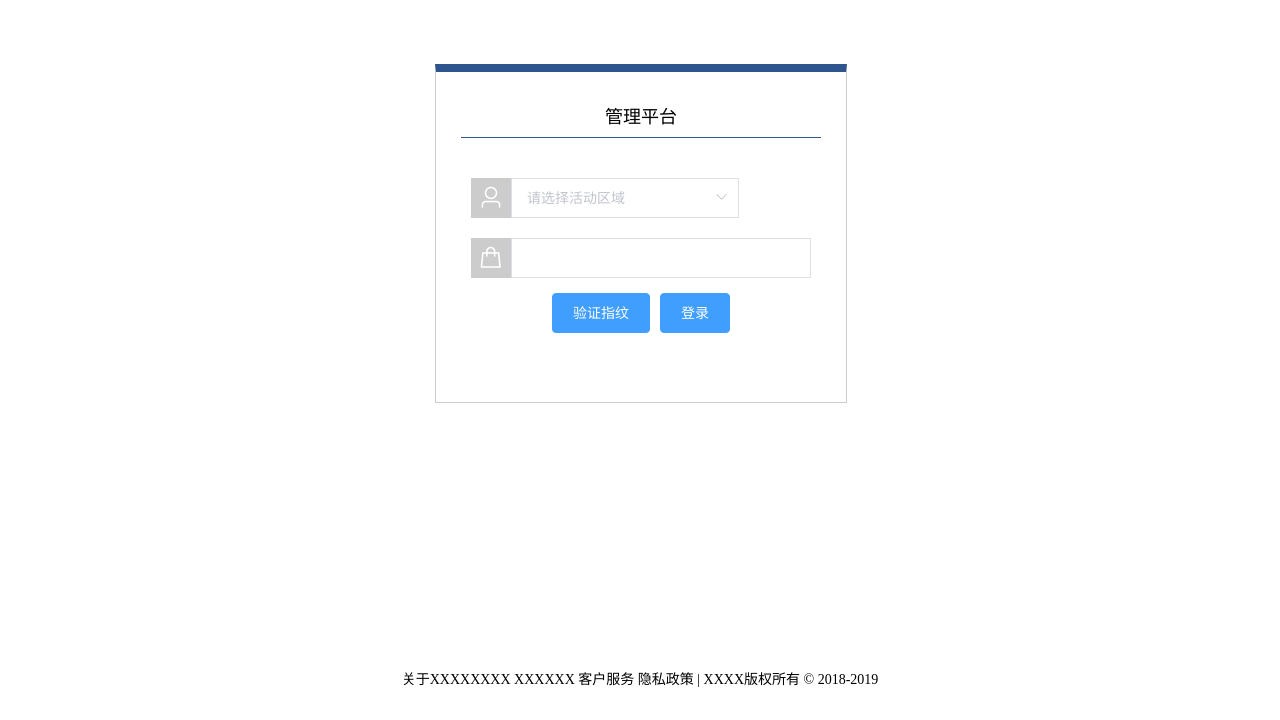
Repository: lff528/man_system
Page: /
These files come from the project's save history. The page is drawn as it stood at one moment and after the next save; the edit follows.
The browser window is 1280 px wide. The pictures show the whole page.
The project was rebuilt for these pictures with package versions that can differ from the ones it lists, and the page was loaded fresh each time.

Above is the page before, as saved 2020-01-03 13:40:00.

### index.html
<!DOCTYPE html>
<html>
  <head>
    <meta charset="utf-8">
    <meta name="viewport" content="width=device-width,initial-scale=1.0">
    <title>emcsWebUI</title>
  </head>
  <body>
    <div id="app"></div>
    <!-- built files will be auto injected -->
  </body>
</html>

### src/main.js
// The Vue build version to load with the `import` command
// (runtime-only or standalone) has been set in webpack.base.conf with an alias.
import Vue from 'vue'
import App from './App'
import router from './router'
import ElementUI from 'element-ui';
import 'element-ui/lib/theme-chalk/index.css';
import "./assets/css/reset.css";
// import "./assets/css/iconfont.css"
Vue.use(ElementUI);
Vue.config.productionTip = false

/* eslint-disable no-new */
new Vue({
  el: '#app',
  router,
  components: { App },
  template: '<App/>'
})

### src/router/index.js
import Vue from 'vue'
import Router from 'vue-router'
import login from '@/components/login'
import routers from "../until/router"


Vue.use(Router)

let routerAll = {
  routes: [
    {
      path: '/',
      name: 'login',
      component: login
    },
    {
      path: '/main',
      name: 'main',
      component: resolve => require(['@/view/main'], resolve),
      children:[{
        path: '/',
        name: 'shouye',
        component: resolve => require(['@/view/main/shouye'], resolve),
      },
      {
        path: '/quanzhanzonglan',
        name: 'quanzhanzonglan',
        component: resolve => require(['@/view/footerNav/quanzhanzonglan'], resolve),
      },
      {
        path: '/quanzhanbaowen',
        name: 'quanzhanbaowen',
        component: resolve => require(['@/view/footerNav/quanzhanbaowen'], resolve),
      },
      {
        path: '/yuexianxinxi',
        name: 'yuexianxinxi',
        component: resolve => require(['@/view/footerNav/yuexianxinxi'], resolve),
      },
      {
        path: '/yichangshebei',
        name: 'yichangshebei',
        component: resolve => require(['@/view/footerNav/yichangshebei'], resolve),
      },
    ]
    }
  ]
}
routers.forEach((item=>{
  if(item.children){


  item.children.forEach((itemA)=>{
    routerAll.routes[1].children.push({
      path: itemA.path,
      name: itemA.name,
      component: itemA.component,
    })
  })
}
}))

// console.log(routerAll.routes[1].children)
const router = new Router(routerAll)


export default router

### src/assets/css/reset.css
html{
	color:#000;
	background:#FFF;
}
body, div, dl, dt, dd, ul, ol, li,h1, h2, h3, h4, h5, h6, pre, code,form, fieldset, legend, input, button,textarea, p, blockquote, th, td {
	margin: 0;
	padding: 0;
	font-size: 14px;
}
html,body{
	height: 100%;
	background-color: #0b2b4a;
}
fieldset, img{
	border:0;
}
input,select,textarea{
	outline:none;
}
textarea{
	resize:none;
}
a{
	text-decoration:none;
}
table {
	border-collapse:collapse;
	border-spacing:0;
}
address,
caption,
cite,
code,
dfn,
em,
strong,
th,
var {
	font-style:normal;
	font-weight:normal;
}

ol,
ul {
	list-style:none;
}
/*版心*/
.w {
	width: 1170px;
	margin: 0 auto;
}

/* 万能清除浮动*/
.clearfix{
	zoom:1;
}
.clearfix:after{
    content: '';
    display:block;
    clear:both;
}

.left {
	float: left;
}

.right {
	float: right;
}

### src/components/login/index.vue
<template>
  <div class="login">
     <div class="login_header" :style="{height:curHeight+'px'}">
       <div class="main">
           <p class="main_title">管理平台</p>
          <div class="from_box">
              <p class="user_p">
                <span class="el-icon-user"></span>
                <el-select v-model="form.name" placeholder="请选择活动区域">
                  <el-option label="区域一" value="shanghai"></el-option>
                  <el-option label="区域二" value="beijing"></el-option>
                </el-select>
              </p>
              <p class="user_p">
                <span class="el-icon-goods" style="width:45px"></span>
                <el-input v-model="form.password"></el-input>
              </p>
              <p>
                 <el-button type="primary"  @click="onSubmit">验证指纹</el-button>
                  <el-button type="primary" @click="onSubmit">登录</el-button>
              </p>
          </div>
       </div>

     </div>
     <p class="login_footer">关于XXXXXXXX XXXXXX 客户服务 隐私政策 | XXXX版权所有 © 2018-2019</p>
  </div>
</template>

<script>
export default {
  name: 'login',
  data () {
    return {
      curHeight:'',
      form:{
        name:'',
        password:''
      }
    }
  },
  methods:{
    onSubmit(){
      this.$router.push('/main');

    }
  },
  beforeMount(height) {
      var h = document.documentElement.clientHeight || document.body.clientHeight;
      this.curHeight =h - 80; //减去页面上固定高度height
  },
}
</script>

<!-- Add "scoped" attribute to limit CSS to this component only -->
<style >
 .login .el-input__inner{
    border-radius: 0;
  }

</style>
<style scoped lang="less">

  .login{
      .login_header{
        background: white;
        .main{
          width: 360px;
          height: 280px;
          border: 1px solid #ccc;
          position: relative;
          left: 50%;
          margin-left: -205px;
          top: 10%;
          padding: 25px;
          background: white;
          border-top: 8px solid #2e558e;
          .main_title{
            height: 40px;
            text-align: center;
            line-height: 40px;
            border-bottom: 1px solid #2e558e;
            font-size: 18px;
            font-family: "\5FAE\8F6F\96C5\9ED1"
          }
          .from_box{
            p{
              margin-top: 20px;
              display: flex;
              span:first-child{
                display: inline-block;
                width: 40px;
                height: 40px;
                background: #ccc;
                font-size: 25px;
                line-height: 40px;
                text-align: center;
                color: white;
              }

            }
            p:first-child{
              margin-top: 40px;
            }
            .user_p{
              margin-left: 10px;
              margin-right: 10px;
            }
            p:last-child{
              display: flex;
              justify-content: center;
              margin-top: 15px;
            }
          }
        }
      }
      .login_footer{
        height: 80px;
        line-height: 80px;
        text-align: center;
        background: white;
      }
  }
</style>

### src/until/router.js
let routers = [

    {
        title:"消防系统",
        icon:"el-icon-menu",
        children:[
            {
              icon:"el-icon-menu",
                path: '/xiaofangjiankong',
                name: 'xiaofangjiankong',
                component: resolve => require(['@/view/xiaofang/xiaofangjiankong'], resolve),
                title:'消防监控'
              },
              {
                path: '/huozaibaojing',
                name: 'huozaibaojing',
                component: resolve => require(['@/view/xiaofang/huozaibaojing'], resolve),
                title:'火灾报警系统'
              },
              {
                path: '/qitimiehuo',
                name: 'qitimiehuo',
                component: resolve => require(['@/view/xiaofang/qitimiehuo'], resolve),
                title:'气体灭火系统'
              },
              {
                path: '/xiaohuoshuan',
                name: 'xiaohuoshuan',
                component: resolve => require(['@/view/xiaofang/xiaohuoshuan'], resolve),
                title:'消火栓系统'
              },
              {
                path: '/miehuoqipeizhi',
                name: 'miehuoqipeizhi',
                component: resolve => require(['@/view/xiaofang/miehuoqipeizhi'], resolve),
                title:'灭火器配置'
              },
              {
                path: '/yingjizhaoming',
                name: 'yingjizhaoming',
                component: resolve => require(['@/view/xiaofang/yingjizhaoming'], resolve),
                title:'应急照明及疏散指示灯系统'
              },
              {
                path: '/paizhuzhudan',
                name: 'paizhuzhudan',
                component: resolve => require(['@/view/xiaofang/paizhuzhudan'], resolve),
                title:'变压器排油注氮'
              },
              {
                path: '/shuipenwumiehuo',
                name: 'shuipenwumiehuo',
                component: resolve => require(['@/view/xiaofang/shuipenwumiehuo'], resolve),
                title:'变压器水喷雾灭火'
              }
        ]
    },
    {
        title:"安全防范",
        icon:"el-icon-menu",
        children:[
            {
                path: '/anquanfangfan',
                name: 'anquanfangfan',
                component: resolve => require(['@/view/anquanfangfan/anquanfangfan'], resolve),
                title:'安全防范系统'
              },
              {
                path: '/binadianzhanZj',
                name: 'binadianzhanZj',
                component: resolve => require(['@/view/anquanfangfan/binadianzhanZj'], resolve),
                title:'变电站周界系统'
              },
              {
                path: '/shineihongwaiSj',
                name: 'shineihongwaiSj',
                component: resolve => require(['@/view/anquanfangfan/shineihongwaiSj'], resolve),
                title:'室内红外双鉴系统'
              },
              {
                path: '/menjinkongzhi',
                name: 'menjinkongzhi',
                component: resolve => require(['@/view/anquanfangfan/menjinkongzhi'], resolve),
                title:'门禁控制系统'
              },
              {
                path: '/menjinjilu',
                name: 'menjinjilu',
                component: resolve => require(['@/view/anquanfangfan/menjinjilu'], resolve),
                title:'门禁记录系统'
              },

        ]
    },
    {
      title:"在线监测",
      icon:"el-icon-menu",
      children:[
          {
              path: '/zaixianjiance',
              name: 'zaixianjiance',
              component: resolve => require(['@/view/zaixianjiance/zaixianjiance'], resolve),
              title:'在线监测主界面'
            },
            {
              path: '/yousepu',
              name: 'yousepu',
              component: resolve => require(['@/view/zaixianjiance/yousepu'], resolve),
              title:'油色谱在线监测'
            },
            {
              path: '/zhubianjufang',
              name: 'zhubianjufang',
              component: resolve => require(['@/view/zaixianjiance/zhubianjufang'], resolve),
              title:'主变局放在线监测'
            },
            {
              path: '/GISjufang',
              name: 'GISjufang',
              component: resolve => require(['@/view/zaixianjiance/GISjufang'], resolve),
              title:'GIS局放在线监测'
            },
            {
              path: '/bileiqi',
              name: 'bileiqi',
              component: resolve => require(['@/view/zaixianjiance/bileiqi'], resolve),
              title:'避雷器在线监测'
            },
            {
              path: '/GISqishi',
              name: 'GISqishi',
              component: resolve => require(['@/view/zaixianjiance/GISqishi'], resolve),
              title:'GIS气室SF6压力监测'
            },
            {
              path: '/shineiSF6qiti',
              name: 'shineiSF6qiti',
              component: resolve => require(['@/view/zaixianjiance/shineiSF6qiti'], resolve),
              title:'室内SF6气体泄漏监测'
            },

      ]
    },
    {
      title:"给排水系统",
      icon:"el-icon-menu",
      children:[
          {
              path: '/jipaishui',
              name: 'jipaishui',
              component: resolve => require(['@/view/jipaishui/jipaishui'], resolve),
              title:'给排水系统主界面'
            },
            {
              path: '/jishui',
              name: 'jishui',
              component: resolve => require(['@/view/jipaishui/jishui'], resolve),
              title:'给水系统'
            },
            {
              path: '/paishui',
              name: 'paishui',
              component: resolve => require(['@/view/jipaishui/paishui'], resolve),
              title:'排水系统'
            },
            {
              path: '/yuzhishezhi',
              name: 'yuzhishezhi',
              component: resolve => require(['@/view/jipaishui/yuzhishezhi'], resolve),
              title:'阈值设置'
            },
      ]
    },
    {
      title:"环境监控",
      icon:"el-icon-menu",
      children:[
          {
              path: '/huanjingjiankong',
              name: 'huanjingjiankong',
              component: resolve => require(['@/view/huanjingjiankong/huanjingjiankong'], resolve),
              title:'环境监控系统'
            },
            {
              path: '/kongtiaonuantong',
              name: 'kongtiaonuantong',
              component: resolve => require(['@/view/huanjingjiankong/kongtiaonuantong'], resolve),
              title:'空调暖通系统'
            },
            {
              path: '/shengchanzonghelou',
              name: 'shengchanzonghelou',
              component: resolve => require(['@/view/huanjingjiankong/shengchanzonghelou'], resolve),
              title:'生产综合楼'
            },
            {
              path: '/zhanquqixiang',
              name: 'zhanquqixiang',
              component: resolve => require(['@/view/huanjingjiankong/zhanquqixiang'], resolve),
              title:'站区气象'
            },

      ]
    },
    {
      title:"照明控制",
      icon:"el-icon-menu",
      children:[
          {
              path: '/zhaomingkongzhi',
              name: 'zhaomingkongzhi',
              component: resolve => require(['@/view/zhaomingkongzhi/zhaomingkongzhi'], resolve),
              title:'照明控制系统'
            },
            {
              path: '/shengchanzonghelou',
              name: 'shengchanzonghelou',
              component: resolve => require(['@/view/zhaomingkongzhi/shengchanzonghelou'], resolve),
              title:'生产综合楼系统'
            },
      ]
    },
    {
      title:"智能联动",
      icon:"el-icon-menu",
      children:[
          {
              path: '/liandongpeizhi',
              name: 'liandongpeizhi',
              component: resolve => require(['@/view/zhinengliandong/liandongpeizhi'], resolve),
              title:'联动配置'
            },
            {
              path: '/liandongxinxi',
              name: 'liandongxinxi',
              component: resolve => require(['@/view/zhinengliandong/liandongxinxi'], resolve),
              title:'联动信息'
            },
      ]
    },
    {
      title:"智能锁控",
      icon:"el-icon-menu",
      children:[
          {
            path: '/zhinengsuokong',
            name: 'zhinengsuokong',
            component: resolve => require(['@/view/zhinengsuokong/zhinengsuokong'], resolve),
            title:'智能锁控首页'
          },
          {
            path: '/renwushouquan',
            name: 'renwushouquan',
            component: resolve => require(['@/view/zhinengsuokong/renwushouquan'], resolve),
            title:'任务授权'
          },
          {
            path: '/lishichaxun',
            name: 'lishichaxun',
            component: resolve => require(['@/view/zhinengsuokong/lishichaxun'], resolve),
            title:'历史查询'
          },
          {
            path: '/suokongquanxianshezhi',
            name: 'suokongquanxianshezhi',
            component: resolve => require(['@/view/zhinengsuokong/suokongquanxianshezhi'], resolve),
            title:'锁控权限设置'
          }
      ]
    },
    {
      title:"系统配置",
      icon:"el-icon-menu",
      children:[
          {
            path: '/yonghuguanli',
            name: 'yonghuguanli',
            component: resolve => require(['@/view/xitongpeizhi/yonghuguanli'], resolve),
            title:'用户管理'
          },
          {
            path: '/caidanguanli',
            name: 'caidanguanli',
            component: resolve => require(['@/view/xitongpeizhi/caidanguanli'], resolve),
            title:'菜单管理'
          },
          {
            path: '/jueseguanli',
            name: 'jueseguanli',
            component: resolve => require(['@/view/xitongpeizhi/jueseguanli'], resolve),
            title:'角色管理'
          },
          {
            path: '/zuzhijiagou',
            name: 'zuzhijiagou',
            component: resolve => require(['@/view/xitongpeizhi/zuzhijiagou'], resolve),
            title:'组织架构管理'
          },
          {
            path: '/zhanduanweihu',
            name: 'zhanduanweihu',
            component: resolve => require(['@/view/xitongpeizhi/zhanduanweihu'], resolve),
            title:'站端维护'
          },
          {
            path: '/quyuguanli',
            name: 'quyuguanli',
            component: resolve => require(['@/view/xitongpeizhi/quyuguanli'], resolve),
            title:'区域管理'
          },
          {
            path: '/shebeiguanli',
            name: 'shebeiguanli',
            component: resolve => require(['@/view/xitongpeizhi/shebeiguanli'], resolve),
            title:'设备管理'
          },
          {
            path: '/shebeishujumoban',
            name: 'shebeishujumoban',
            component: resolve => require(['@/view/xitongpeizhi/shebeishujumoban'], resolve),
            title:'设备数据模板配置'
          },
          {
            path: '/shebeibushu',
            name: 'shebeibushu',
            component: resolve => require(['@/view/xitongpeizhi/shebeibushu'], resolve),
            title:'设备部署'
          },
          {
            path: '/xitongshezhi',
            name: 'xitongshezhi',
            component: resolve => require(['@/view/xitongpeizhi/xitongshezhi'], resolve),
            title:'系统设置'
          }
      ]
    }
]
export default routers

Loaded but not shown: src/App.vue (common file)

After the next save:
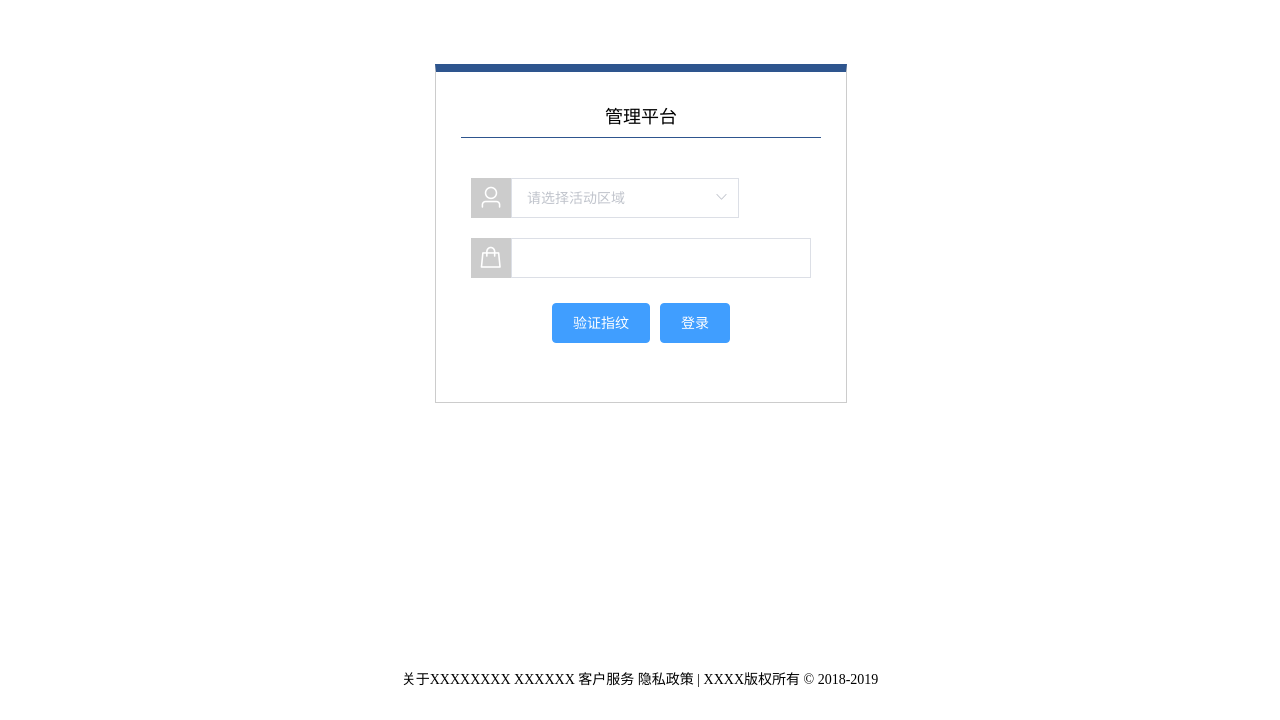
Saved 9 s later.
--- a/src/components/login/index.vue
+++ b/src/components/login/index.vue
@@ -109,7 +109,7 @@ export default {
             p:last-child{
               display: flex;
               justify-content: center;
-              margin-top: 15px;
+              margin-top: 25px;
             }
           }
         }
